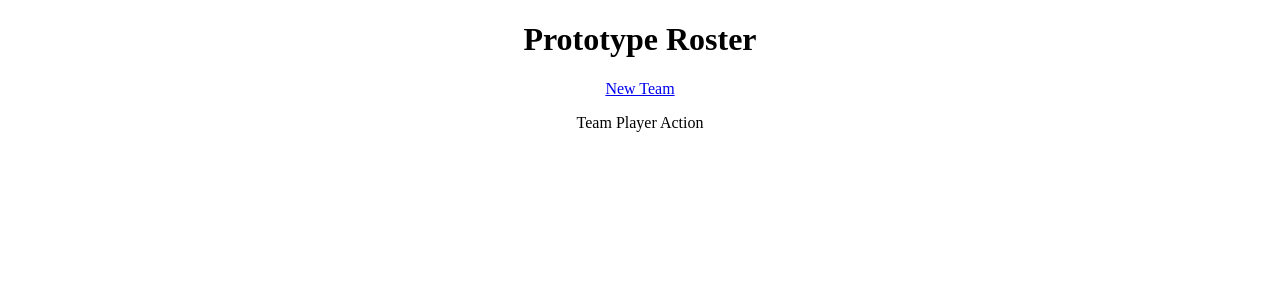
Repository: harshithamagani/Java-Basics
Page: http://localhost/team-roster/home
These files come from the project's save history. The page is drawn as it stood at one moment and after the next save; the edit follows.
The browser window is 1280 px wide. The pictures show the whole page.
The page is served by Tomcat 9.

Above is the page before, as saved 2019-11-06 01:07:57.

After the next save:
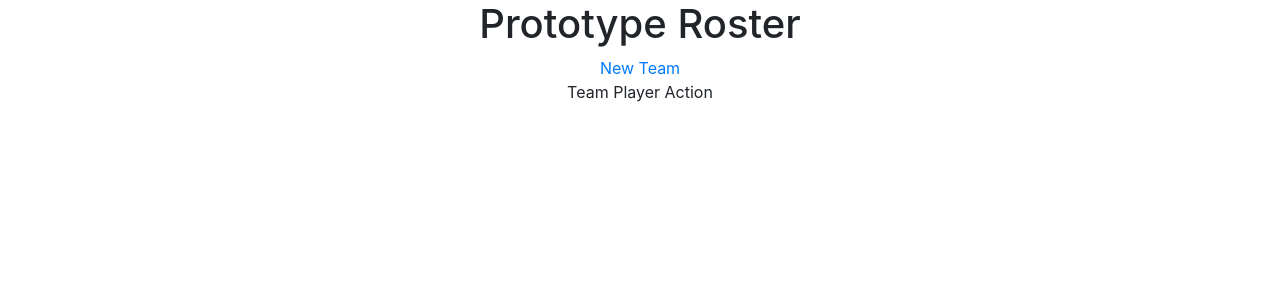
Saved 2 min 17 s later.
--- a/team-roster/WebContent/WEB-INF/home.jsp
+++ b/team-roster/WebContent/WEB-INF/home.jsp
@@ -4,6 +4,7 @@
 <!DOCTYPE html>
 <html>
 <head>
+<link rel="stylesheet" href="https://stackpath.bootstrapcdn.com/bootstrap/4.3.1/css/bootstrap.min.css" integrity="sha384-ggOyR0iXCbMQv3Xipma34MD+dH/1fQ784/j6cY/iJTQUOhcWr7x9JvoRxT2MZw1T" crossorigin="anonymous">
 	<meta charset="UTF-8">
 	<title>Home Page</title>
 	<style type="text/css">
@@ -22,7 +23,8 @@
 			<div id="content">
 				<c:forEach items="${listTeams}" var="item">
 					<% count++; %>
-					<%= count %> ${item.team_name} <a href="#">Details</a> | <a href="#">Delete</a>
+
+					<%= count %> ${item.team_name} <a href="#">Details</a> | <a href="#">Delete</a> <br>
 				</c:forEach>
 			</div>
 		</c:if>
